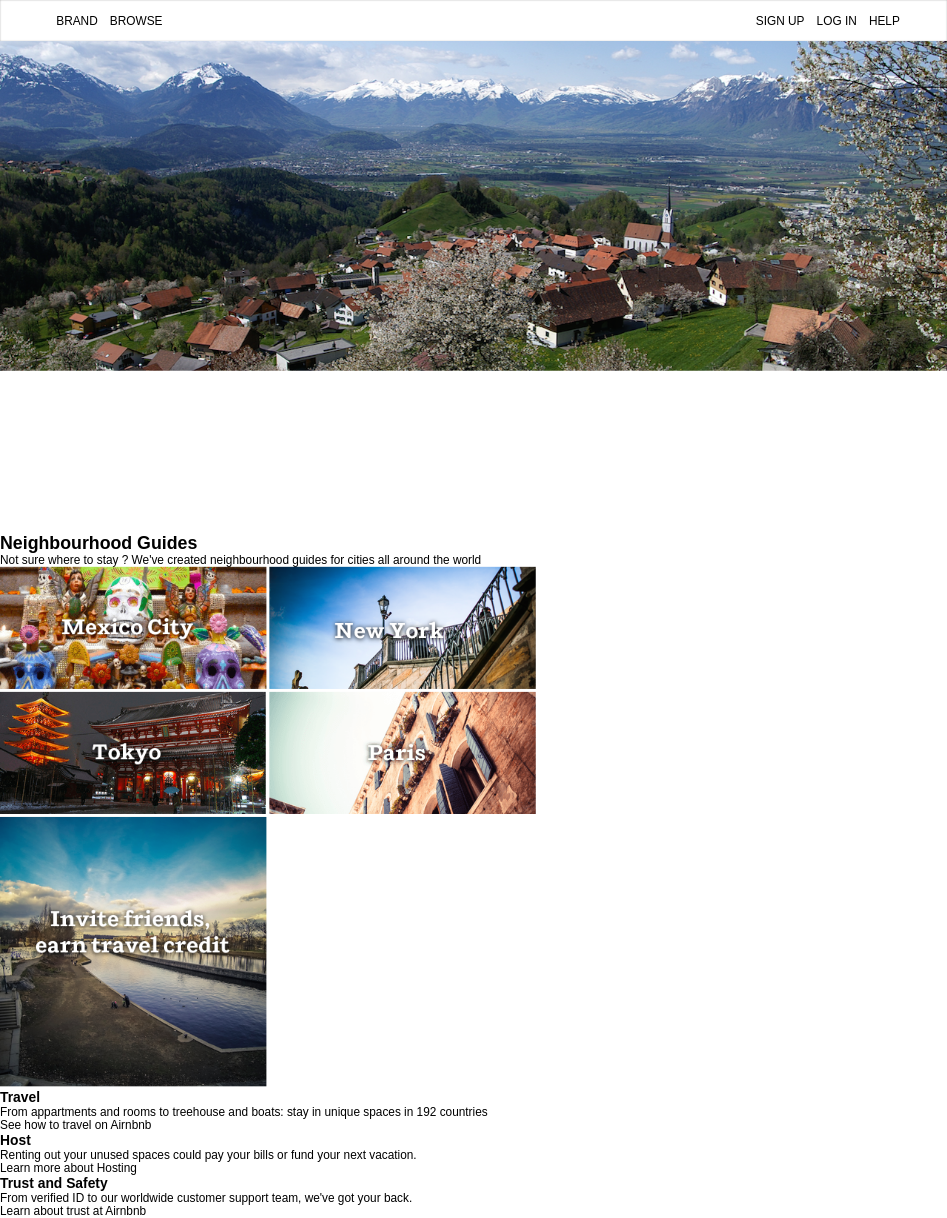
Repository: Naohonproject/web101x02_asm1
Page: Project2.html
These files come from the project's save history. The page is drawn as it stood at one moment and after the next save; the edit follows.
The browser window is 1280 px wide. The pictures show the whole page, at 74% of full size.

Above is the page before, as saved 2022-01-15 17:37:50.

After the next save:
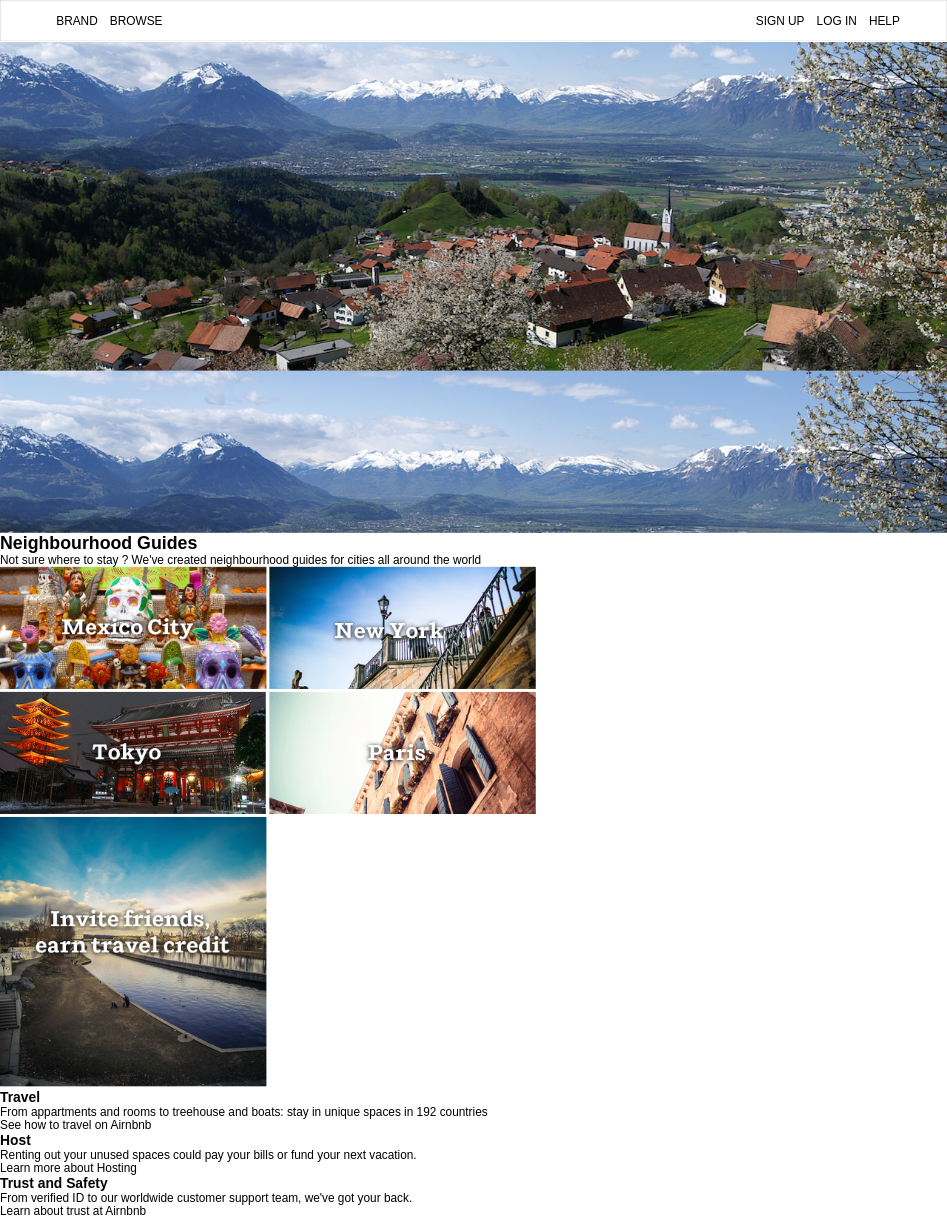
Saved 19 s later.
--- a/assets/css/style.css
+++ b/assets/css/style.css
@@ -82,5 +82,5 @@
 	background-image: url(../img/banner/banner.png);
 	background-origin: border-box;
 	background-size: 100% auto;
-	background-repeat: no-repeat;
+	/* background-repeat: no-repeat; */
 }

After the save that followed:
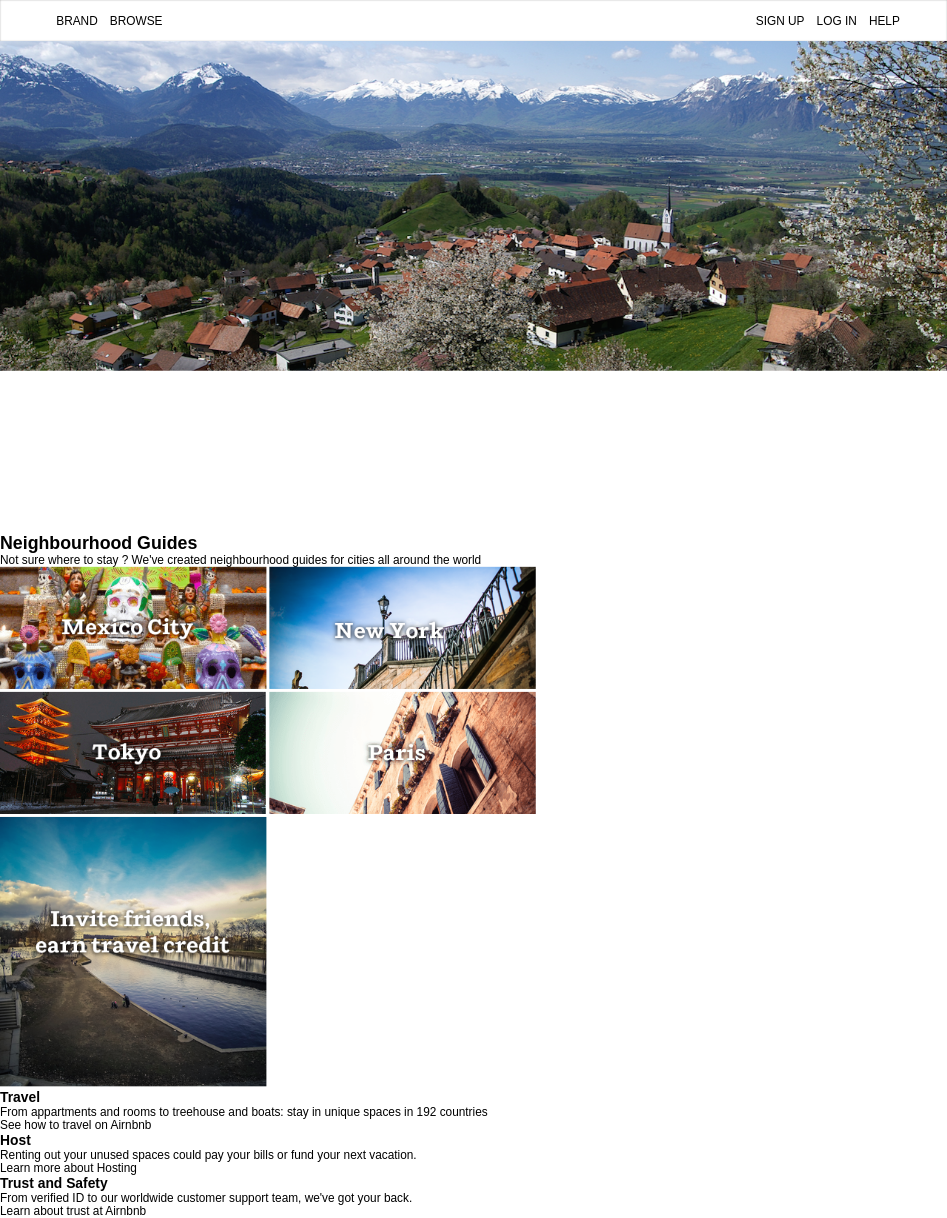
Saved 16 s later.
--- a/assets/css/style.css
+++ b/assets/css/style.css
@@ -82,5 +82,5 @@
 	background-image: url(../img/banner/banner.png);
 	background-origin: border-box;
 	background-size: 100% auto;
-	/* background-repeat: no-repeat; */
+	background-repeat: no-repeat;
 }
